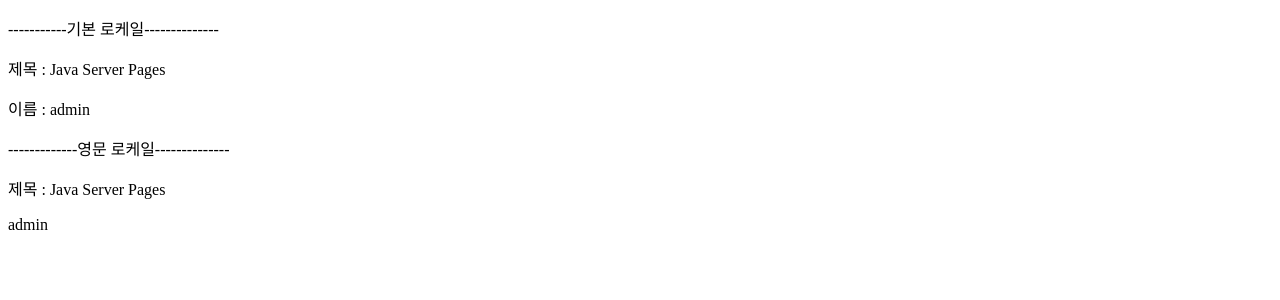
Repository: freedomseok8047/jsp
Page: http://localhost/JSPBook/ch08/jstl_fmt01.jsp
An editor plug-in stored every save of this project. The page is shown before and after the next save, followed by the edit.
The browser window is 1280 px wide. The pictures show the whole page.
The page is served by Tomcat 9. Other server files are loaded and not shown.

Above is the page before, as saved 2023-08-29 07:19:24.

### JSPBook/src/main/webapp/ch08/jstl_fmt01.jsp
<%@ page language="java" contentType="text/html; charset=UTF-8"
    pageEncoding="UTF-8"%>
    <%@ taglib prefix="fmt" uri="http://java.sun.com/jsp/jstl/fmt" %>
<!DOCTYPE html>
<html>
<head>
<meta charset="UTF-8">
<title>Insert title here</title>
</head>
<body>
	<p>-----------기본 로케일--------------
	<fmt:setBundle basename="ch09.com.bundle.myBundle" var="resourceBundle" />
	<p> 제목 : <fmt:message key="title" bundle="${resourceBundle}"/>
	<p> <fmt:message key ="username" var="userMsg" bundle="${resourceBundle}" />
		이름 : ${userMsg}

	<p>-------------영문 로케일--------------
	<fmt:setLocale value="en"/>
	<fmt:setBundle basename="ch09.com.bundle.myBundle" var="resourceBundle" />
	<p> 제목 : <fmt:message key="title" bundle="${resourceBundle}"/>
	<p> <fmt:message key ="username" bundle="${resourceBundle}" />
</body>
</html>

After the next save:
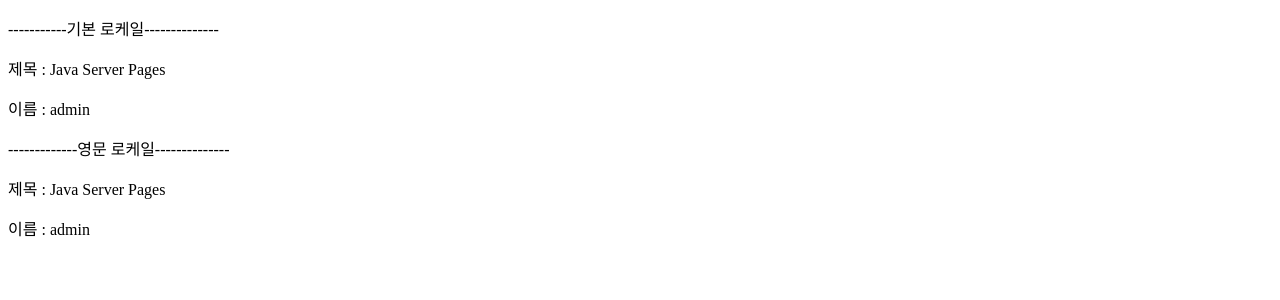
Saved 5 s later.
--- a/JSPBook/src/main/webapp/ch08/jstl_fmt01.jsp
+++ b/JSPBook/src/main/webapp/ch08/jstl_fmt01.jsp
@@ -18,6 +18,6 @@
 	<fmt:setLocale value="en"/>
 	<fmt:setBundle basename="ch09.com.bundle.myBundle" var="resourceBundle" />
 	<p> 제목 : <fmt:message key="title" bundle="${resourceBundle}"/>
-	<p> <fmt:message key ="username" bundle="${resourceBundle}" />
+	<p> 이름 : <fmt:message key ="username" bundle="${resourceBundle}" />
 </body>
 </html>
